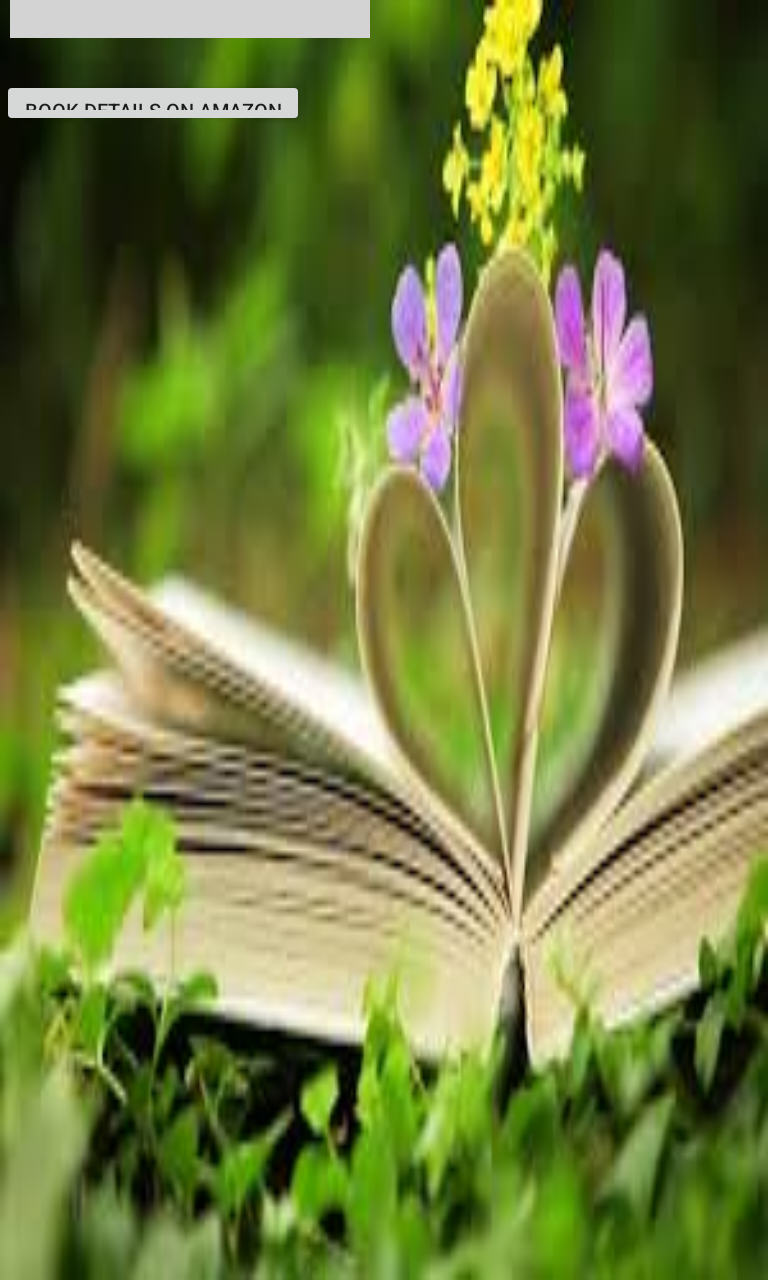
Repository: arianaantonio/MDF3_Antonio
Layout: Readable/res/layout/widget_layout.xml
The author's editor kept a copy of each file at every save. The layout is drawn from the files as they stood at one save, then again after the next save.
It is drawn on a 768 x 1280 px phone screen (xhdpi) without system bars, with theme AppTheme; the app's code is not run.

Above is the layout before, as saved 2014-08-21 02:46:58.

### Readable/res/layout/widget_layout.xml
<?xml version="1.0" encoding="utf-8"?>
<FrameLayout xmlns:android="http://schemas.android.com/apk/res/android"
    xmlns:tools="http://schemas.android.com/tools"
    android:layout_width="match_parent"
    android:layout_height="match_parent"
    android:padding="@dimen/widget_margin"
    android:orientation="vertical"
    android:background="@drawable/images" >

    <LinearLayout
        android:layout_width="match_parent"
        android:layout_height="match_parent"

        android:orientation="vertical"
        tools:ignore="UselessParent"
         android:background="@drawable/images" >

        <TextView
            android:id="@+id/nextBookTitle"
            android:layout_width="180dp"
            android:layout_height="wrap_content"
            android:layout_marginLeft="5dp"
            android:background="@color/lightgrey"
            android:gravity="left"
            android:text=""
            android:textColor="@color/black" >

        </TextView>

        <TextView
            android:id="@+id/nextBook"
            android:layout_width="180dp"
            android:layout_height="wrap_content"
            android:gravity="left"
            android:text=""
            android:textColor="@color/black"
            android:layout_marginLeft="5dp" >
        </TextView>

        <Button
            android:id="@+id/button1"
            android:layout_width="wrap_content"
            android:layout_height="27dp"
            android:text="@string/widget_button"
            android:textSize="10sp" />

    </LinearLayout>

</FrameLayout>

### Readable/res/values/strings.xml
<?xml version="1.0" encoding="utf-8"?>
<resources>

    <string name="app_name">Readable</string>
    <string name="username">Enter Your Name:</string>
    <string name="nextBook">Next Book:</string>
    <color name="lavender">#cba1e6</color>
    <string name="backgroundColor">Choose A Book Text Color:</string>
    <string name="button">Save Settings</string>
    <dimen name="widget_margin">8dp</dimen>
    <string name="widget_button">Book Details On Amazon</string>
    <string name="detailactivity">Book Details</string>
    <color name="black">#000000</color>
    <string name="name">Enter Name</string>
    <color name="lightgrey">#D3D3D3</color>

</resources>

Loaded but not shown: Readable/res/values/styles.xml (common file); Readable/res/values-v11/styles.xml (common file); Readable/res/values-v14/styles.xml (common file)

After the next save:
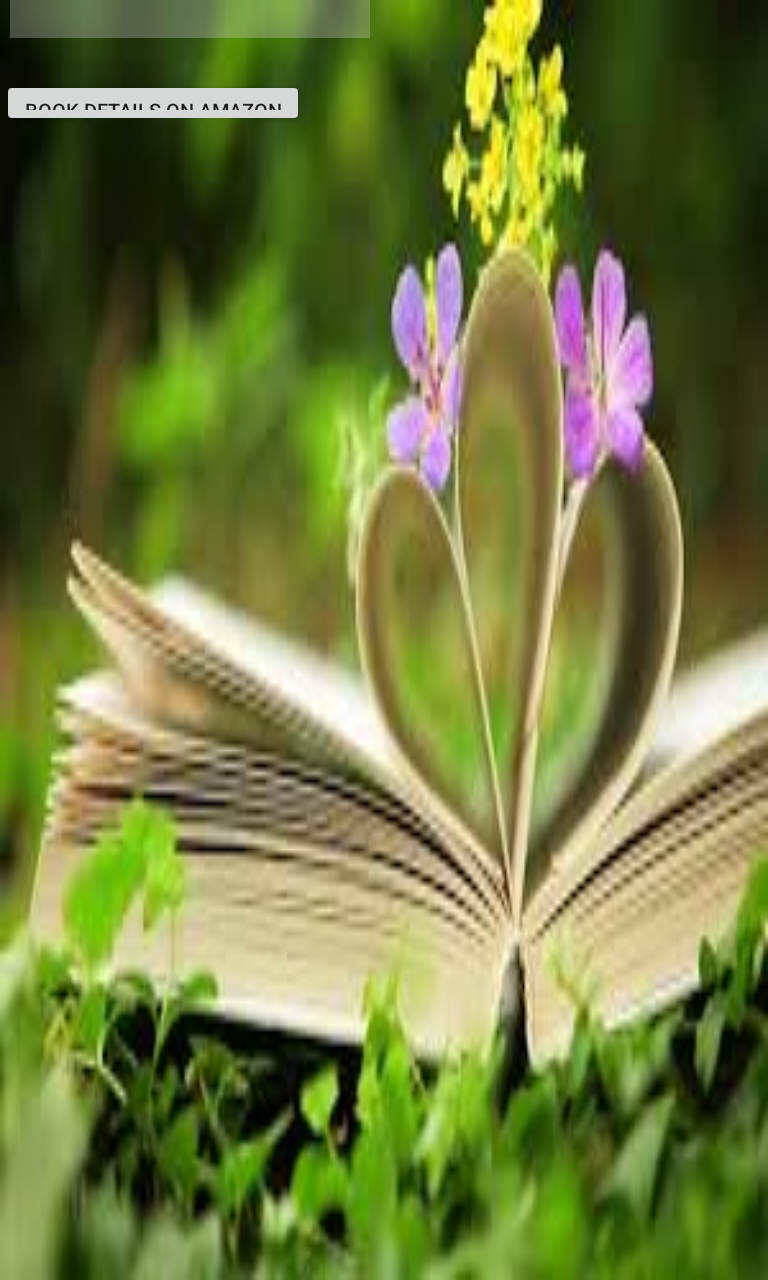
Saved 2 min 9 s later.
--- a/Readable/res/values/strings.xml
+++ b/Readable/res/values/strings.xml
@@ -12,6 +12,6 @@
     <string name="detailactivity">Book Details</string>
     <color name="black">#000000</color>
     <string name="name">Enter Name</string>
-    <color name="lightgrey">#D3D3D3</color>
+    <color name="lightgrey">#50D3D3D3</color>
 
 </resources>
